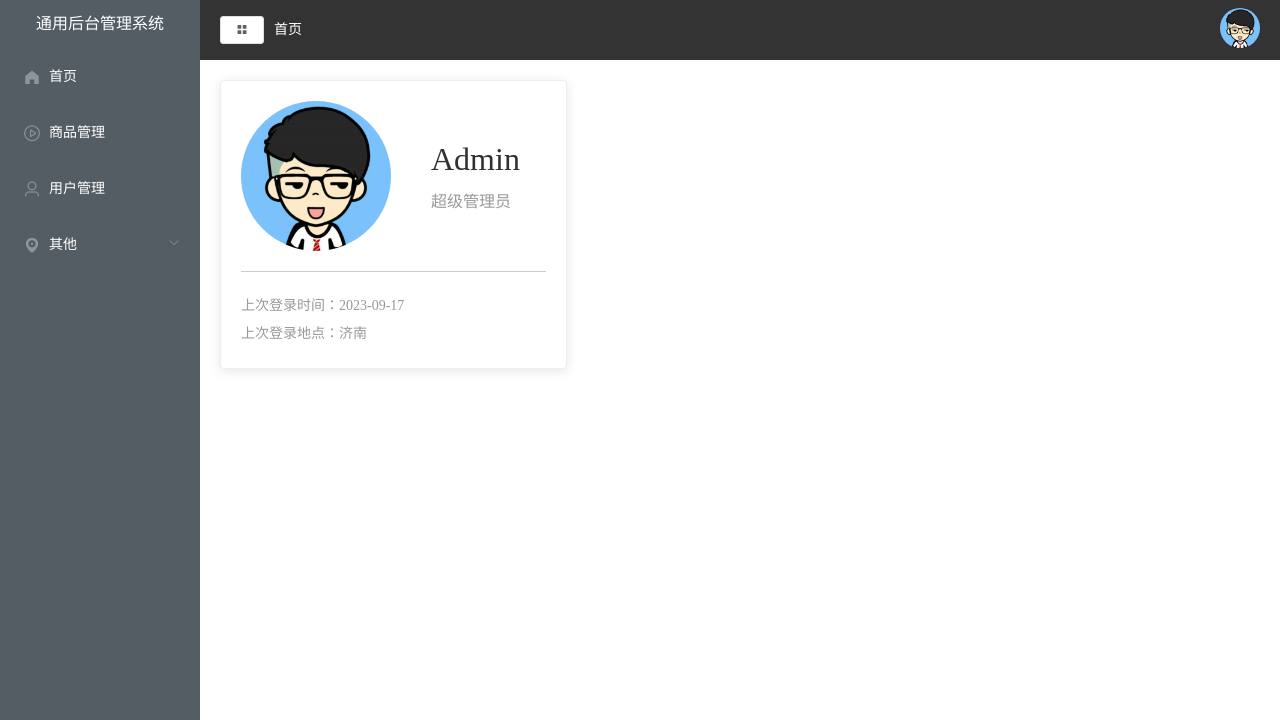
Repository: Francis200214/my-app
Page: /
An editor plug-in stored every save of this project. The page is shown before and after the next save, followed by the edit.
The browser window is 1280 px wide. The pictures show the whole page.
The project was rebuilt for these pictures with package versions that can differ from the ones it lists, and the page was loaded fresh each time. Also part of the build but not shown: vue.config.js, src/views/User.vue, src/views/Mall.vue, src/views/other/PageOne.vue, src/views/other/PageTwo.vue.

Above is the page before, as saved 2023-05-22 21:34:32.

### src/main.js
import Vue from 'vue'
import App from './App.vue'
import ElementUI from 'element-ui'

// ElementUI 按需引入
// import { Button,Row } from 'element-ui'


import 'element-ui/lib/theme-chalk/index.css'
// Vue-Router
import router from './router'
// Vuex
import store from './store'


Vue.config.productionTip = false

// 全局引入Element UI
Vue.use(ElementUI);


// 按需引入Element UI
// Vue.use(Row);
// Vue.use(Button);


new Vue({
  router,
  store,
  render: h => h(App),
}).$mount('#app')

### src/App.vue
<template>
  <div id="app">
    <router-view></router-view>
  </div>
</template>

<style lang="less">
  html,body,h3,p {
    margin: 0;
    padding: 0;
  }
</style>

<script>

export default {
  name: 'App'
}
</script>

### src/router/index.js
import Vue from 'vue'
import VueRouter from 'vue-router'

// 1、引入组件
import Main from '../views/Main.vue'
import Home from '../views/Home.vue'
import User from '../views/User.vue'
import Mall from '../views/Mall.vue'
import PageOne from '../views/other/PageOne.vue'
import PageTwo from '../views/other/PageTwo.vue'

// 引入Vue-Router
Vue.use(VueRouter);

// 2、路由与组件映射
const routes = [
    {
        path: '/',
        component: Main,
        // redirect 表示重定向，当路径是 / 的时候就重定向某个路由
        redirect: '/home',
        children: [
            { path: 'home', component: Home }, // 首页
            { path: 'user', component: User }, // 用户管理
            { path: 'mall', component: Mall }, // 商品管理
            { path: 'page1', component: PageOne }, // 页面一
            { path: 'page2', component: PageTwo }, // 页面二
        ]
    }

]

// 3、创建Router实例
const router = new VueRouter({
    routes // (缩写) 相当于 routes: routes
})

// 4、将 router 暴露
export default router

### src/store/index.js
import Vue from 'vue'
import Vuex from 'vuex'
import tab from './tab'

Vue.use(Vuex)


// 创建 Vuex 的实例
// 对外暴露
export default new Vuex.Store({
    modules: {
        tab
    }
})

### src/views/Main.vue
<template>
    <div>
        <el-container>
            <el-aside width="auto">
                <common-aside />
            </el-aside>
            <el-container>
                <el-header>
                    <common-header />
                </el-header>
                <el-main>
                    <router-view></router-view>
                </el-main>
            </el-container>
        </el-container>
    </div>
</template>
<style lang="less" scoped>
.el-header {
    padding: 0;
}
</style>
<script>
import CommonAside from '../components/CommonAside.vue'
import CommonHeader from '../components/CommonHeader.vue'


export default {
    data() {
        return {}
    },
    components: {
        CommonAside,
        CommonHeader
    }
}
</script>

### src/views/Home.vue
<template>
    <el-row>
        <el-col :span="8">
            <el-card class="box-card">
                <div class="user">
                    <img src="../assets/images/user.png" alt="">
                    <div class="userinfo">
                        <p class="name">Admin</p>
                        <p class="access">超级管理员</p>
                    </div>
                </div>

                <div class="login-info">
                    <p>上次登录时间：<span>2023-09-17</span></p>
                    <p>上次登录地点：<span>济南</span></p>
                </div>
            </el-card>
        </el-col>

        <el-col :span="16">
            <div class="grid-content bg-purple-light"></div>
        </el-col>
    </el-row>
</template>

<style lang="less" scoped>
.user {
    display: flex;
    // flex 布局中 主轴垂直居中
    align-items: center;
    padding-bottom: 20px;
    margin-bottom: 20px;
    border-bottom: 1px solid #ccc;

    img {
        width: 150px;
        height: 150px;
        border-radius: 50%;
        margin-right: 40px;
    }

    .userinfo {
        .name {
            font-size: 32px;
            margin-bottom: 10px;
        }

        .access {
            color: #999999;
        }
    }
}

.login-info {
    line-height: 28px;
    font-size: 14px;
    color: #999999;
}
</style>

<script>
export default {
    data() {
        return {}
    }
}
</script>

### src/store/tab.js
export default {
    state: {
        isCollapse: false // 用于控制菜单的展开或收起
    },
    mutations: {
        // 修改菜单展开或者收起的方法
        collapseMenu(state) {
            state.isCollapse = !state.isCollapse
        }
    }
}

### src/components/CommonAside.vue
<template>
    <div>
        <el-menu default-active="1-4-1" class="el-menu-vertical-demo" @open="handleOpen" @close="handleClose"
            :collapse="isCollapse" background-color="#545c64" text-color="#fff" active-text-color="#ffd04b">

            <h3>{{ isCollapse ? '后台' : '通用后台管理系统' }}</h3>

            <el-menu-item @click="clickMenu(item)" v-for="item in noChildren" :key="item.name" :index="item.name">
                <i :class="`el-icon-${item.icon}`"></i>
                <span slot="title">{{ item.label }}</span>
            </el-menu-item>

            <el-submenu v-for="item in hasChildren" :key="item.label" :index="item.label">
                <template slot="title">
                    <i :class="`el-icon-${item.icon}`"></i>
                    <span slot="title">{{ item.label }}</span>
                </template>
                <el-menu-item-group v-for="subItem in item.children" :key="subItem.path">
                    <el-menu-item @click="clickMenu(subItem)" :index="subItem.path">{{ subItem.label }}</el-menu-item>
                </el-menu-item-group>
            </el-submenu>
        </el-menu>
    </div>
</template>

<style lang="less" scope>
.el-menu-vertical-demo:not(.el-menu--collapse) {
    width: 200px;
    min-height: 400px;
}

.el-menu {
    height: 100vh;
    border-right: none;

    h3 {
        color: #fff;
        text-align: center;
        line-height: 48px;
        font-size: 16px;
        // 字体粗细
        font-weight: 400;
    }
}
</style>

<script>
export default {
    data() {
        return {
            menuData: [
                {
                    path: '/',
                    name: 'home',
                    label: '首页',
                    icon: 's-home',
                    url: 'Home/Home'
                },
                {
                    path: '/mall',
                    name: 'mall',
                    label: '商品管理',
                    icon: 'video-play',
                    url: 'MallManage/MallManage'
                },
                {
                    path: '/user',
                    name: 'user',
                    label: '用户管理',
                    icon: 'user',
                    url: 'UserManage/UserManage'
                },
                {
                    label: '其他',
                    icon: 'location',
                    children: [
                        {
                            path: '/page1',
                            name: 'page1',
                            label: '页面1',
                            icon: 'setting',
                            url: 'Other/PageOne'
                        },
                        {
                            path: '/page2',
                            name: 'page2',
                            label: '页面2',
                            icon: 'setting',
                            url: 'Other/PageTwo'
                        }
                    ]
                }
            ]
        };
    },
    methods: {
        handleOpen(key, keyPath) {
            console.log(key, keyPath);
        },
        handleClose(key, keyPath) {
            console.log(key, keyPath);
        },
        // 点击菜单
        clickMenu(item) {
            console.log(item)
            // 当页面的路由与我要跳转的路由不一致的时候才允许跳转
            if (this.$route.path !== item.path && !(this.$route.path === '/home' && (item.path === '/'))) {
                // 这里的this代表vue实例
                this.$router.push(item.path)
            }
        }
    },
    computed: {
        // 没有子菜单
        noChildren() {
            return this.menuData.filter(item => !item.children)
        },
        // 有子菜单
        hasChildren() {
            return this.menuData.filter(item => item.children)
        },
        isCollapse() {
            return this.$store.state.tab.isCollapse
        }
    }
}
</script>

### src/components/CommonHeader.vue
<template>
    <div class="header-container">
        <div class="l-content">
            <el-button @click="handleMenu" icon="el-icon-menu" size="mini"></el-button>
            <!-- 面包屑 -->
            <span class="text">首页</span>
        </div>
        <div class="r-content">
            <el-dropdown>
                <span class="el-dropdown-link">
                    <img class="user" src="../assets/images/user.png" alt="">
                </span>
                <el-dropdown-menu slot="dropdown">
                    <el-dropdown-item>个人中心</el-dropdown-item>
                    <el-dropdown-item>退出</el-dropdown-item>
                </el-dropdown-menu>
            </el-dropdown>
        </div>
    </div>
</template>
<style lang="less" scoped>
.header-container {
    padding: 0px 20px;
    background-color: #333;
    height: 60px;
    display: flex;
    // 将元素放到元素主轴的两端
    justify-content: space-between;
    align-items: center;

    .text {
        color: #fff;
        font-size: 14px;
        margin-left: 10px;
    }

    .r-content {
        .user {
            width: 40px;
            height: 40px;
            border-radius: 50%;
        }
    }
}
</style>
<script>
export default {
    data() {
        return {}
    },
    methods: {
        handleMenu() {
            this.$store.commit('collapseMenu')
        }
    }
}
</script>

Loaded but not shown: public/index.html (common file)

After the next save:
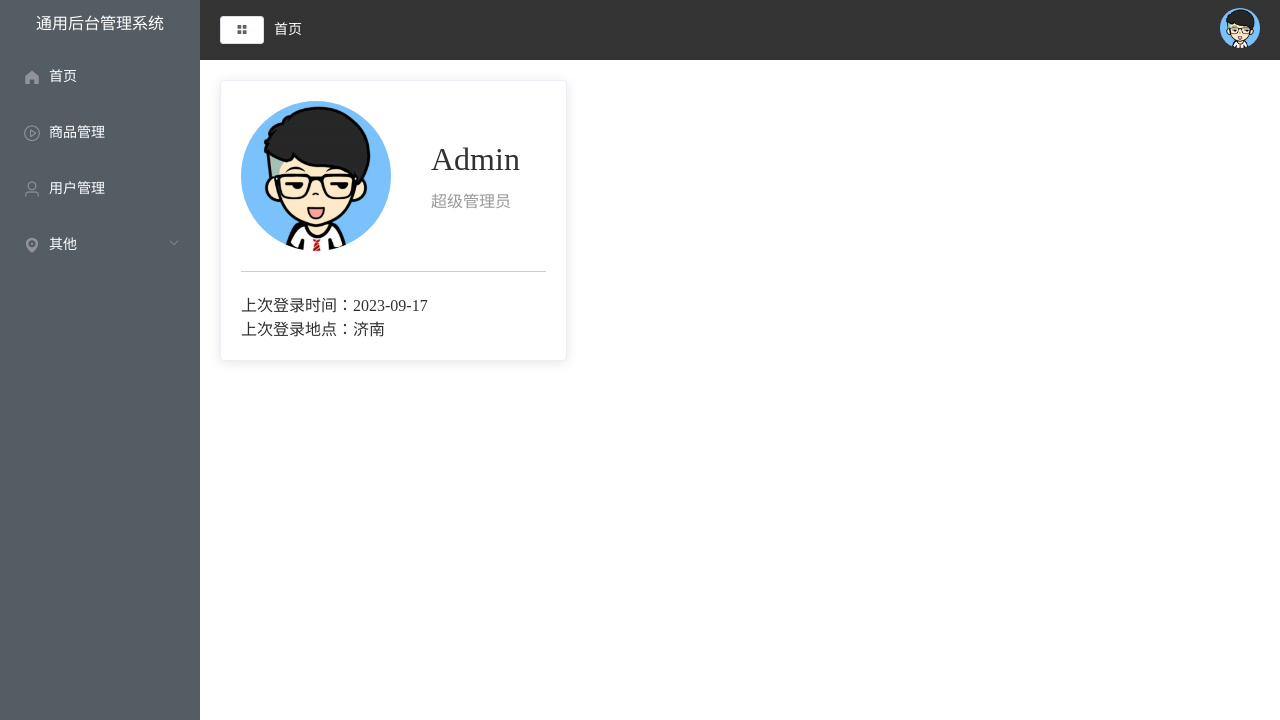
Saved 21 s later.
--- a/src/views/Home.vue
+++ b/src/views/Home.vue
@@ -52,9 +52,9 @@
 }
 
 .login-info {
-    line-height: 28px;
-    font-size: 14px;
-    color: #999999;
+    // line-height: 28px;
+    // font-size: 14px;
+    // color: #999999;
 }
 </style>
 

After the save that followed:
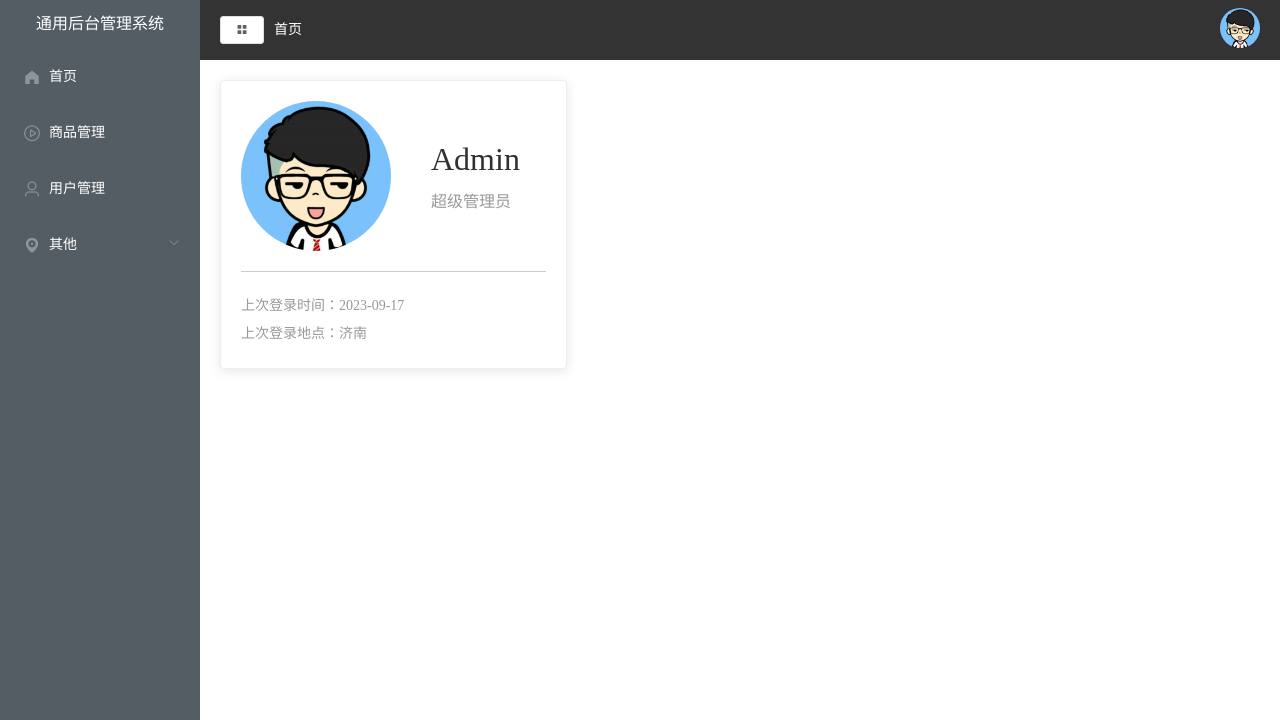
Saved 5 s later.
--- a/src/views/Home.vue
+++ b/src/views/Home.vue
@@ -52,9 +52,9 @@
 }
 
 .login-info {
-    // line-height: 28px;
-    // font-size: 14px;
-    // color: #999999;
+    line-height: 28px;
+    font-size: 14px;
+    color: #999999;
 }
 </style>
 
